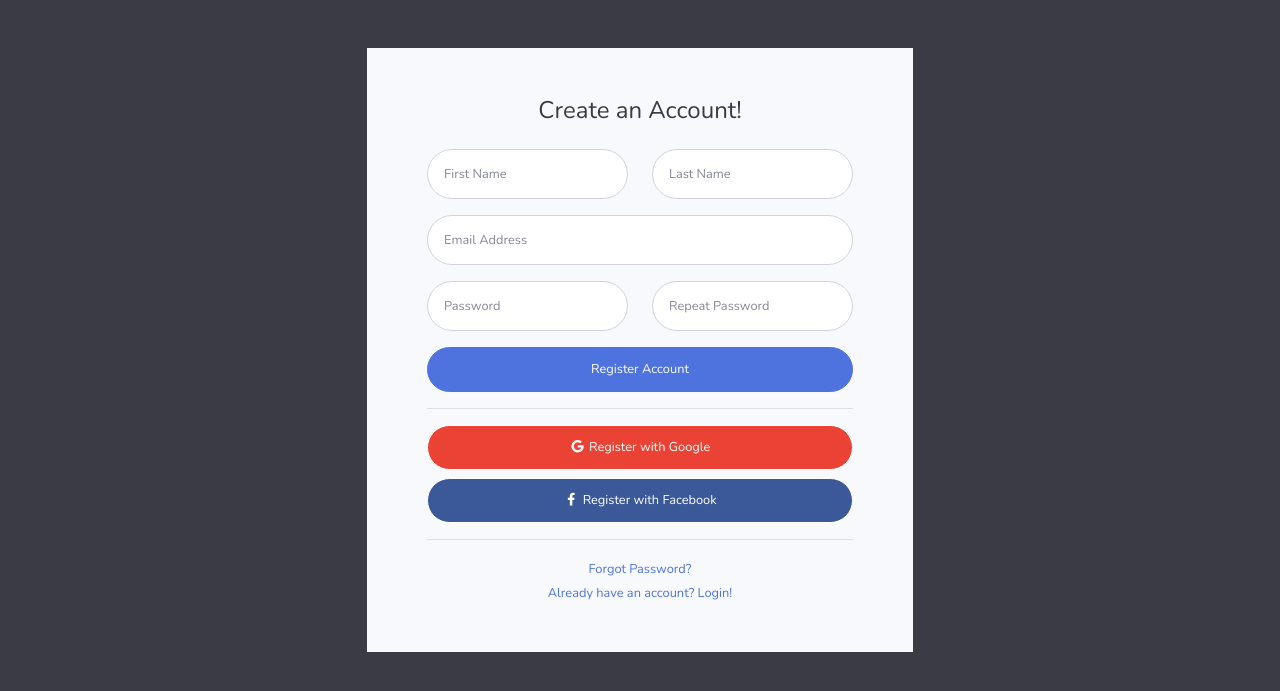
Repository: TuanLe8899/SpringBootProject
Page: http://localhost/register
These files come from the project's save history. The page is drawn as it stood at one moment and after the next save; the edit follows.
The browser window is 1280 px wide. The pictures show the whole page.
The page is this project's Thymeleaf template; nobody is signed in. Other server files are loaded and not shown. The template is opened directly, without the code that normally fills it, so the values that code supplies are empty.

Above is the page before, as saved 2022-08-24 15:03:57.

### complaint_management/src/main/resources/templates/register.html
<!DOCTYPE html>
<html lang="en" xmlns="http://www.w3.org/1999/xhtml" xmlns:th="http://www.thymeleaf.org"
    xmlns:sec="http://www.thymeleaf.org" xmlns:layout="http://www.ultraq.net.nz/thymeleaf/layout">

<head>

    <meta charset="utf-8">
    <meta http-equiv="X-UA-Compatible" content="IE=edge">
    <meta name="viewport" content="width=device-width, initial-scale=1, shrink-to-fit=no">
    <meta name="description" content="">
    <meta name="author" content="">

    <title>register</title>

    <!-- Custom fonts for this template-->
    <link th:href="@{/vendor/fontawesome-free/css/all.min.css}" rel="stylesheet" type="text/css">
    <link
        href="https://fonts.googleapis.com/css?family=Nunito:200,200i,300,300i,400,400i,600,600i,700,700i,800,800i,900,900i"
        rel="stylesheet">

    <!-- Custom styles for this template-->
    <link th:href="@{/css/sb-admin-2.min.css}" rel="stylesheet">

</head>

<body class="bg-gray-900">

    <div class="container">

        <div class="card o-hidden border-0 my-5 bg-gray-900">
            <div class="card-body p-0 d-flex justify-content-center">
                <!-- Nested Row within Card Body -->
                <div class="col-6 bg-gray-100">
                    <div class="p-5">
                        <div class="text-center">
                            <h1 class="h4 text-gray-900 mb-4">Create an Account!</h1>
                        </div>
                        <form class="user">
                            <div class="form-group row">
                                <div class="col-sm-6 mb-3 mb-sm-0">
                                    <input type="text" class="form-control form-control-user" id="exampleFirstName"
                                        placeholder="First Name">
                                </div>
                                <div class="col-sm-6">
                                    <input type="text" class="form-control form-control-user" id="exampleLastName"
                                        placeholder="Last Name">
                                </div>
                            </div>
                            <div class="form-group">
                                <input type="email" class="form-control form-control-user" id="exampleInputEmail"
                                    placeholder="Email Address">
                            </div>
                            <div class="form-group row">
                                <div class="col-sm-6 mb-3 mb-sm-0">
                                    <input type="password" class="form-control form-control-user"
                                        id="exampleInputPassword" placeholder="Password">
                                </div>
                                <div class="col-sm-6">
                                    <input type="password" class="form-control form-control-user"
                                        id="exampleRepeatPassword" placeholder="Repeat Password">
                                </div>
                            </div>
                            <a href="login.html" class="btn btn-primary btn-user btn-block">
                                Register Account
                            </a>
                            <hr>
                            <a href="index.html" class="btn btn-google btn-user btn-block">
                                <i class="fab fa-google fa-fw"></i> Register with Google
                            </a>
                            <a href="index.html" class="btn btn-facebook btn-user btn-block">
                                <i class="fab fa-facebook-f fa-fw"></i> Register with Facebook
                            </a>
                        </form>
                        <hr>
                        <div class="text-center">
                            <a class="small" href="forgot-password.html">Forgot Password?</a>
                        </div>
                        <div class="text-center">
                            <a class="small" href="login.html">Already have an account? Login!</a>
                        </div>
                    </div>
                </div>
            </div>
        </div>

    </div>

    <!-- Bootstrap core JavaScript-->
    <script th:src="@{/vendor/jquery/jquery.min.js}"></script>
    <script th:src="@{/vendor/bootstrap/js/bootstrap.bundle.min.js}"></script>

    <!-- Core plugin JavaScript-->
    <script th:src="@{/vendor/jquery-easing/jquery.easing.min.js}"></script>

    <!-- Custom scripts for all pages-->
    <script th:src="@{/js/sb-admin-2.min.js}"></script>

</body>

</html>

Loaded but not shown: complaint_management/src/main/resources/static/css/sb-admin-2.min.css (library); complaint_management/src/main/resources/static/js/sb-admin-2.min.js (common file)

After the next save:
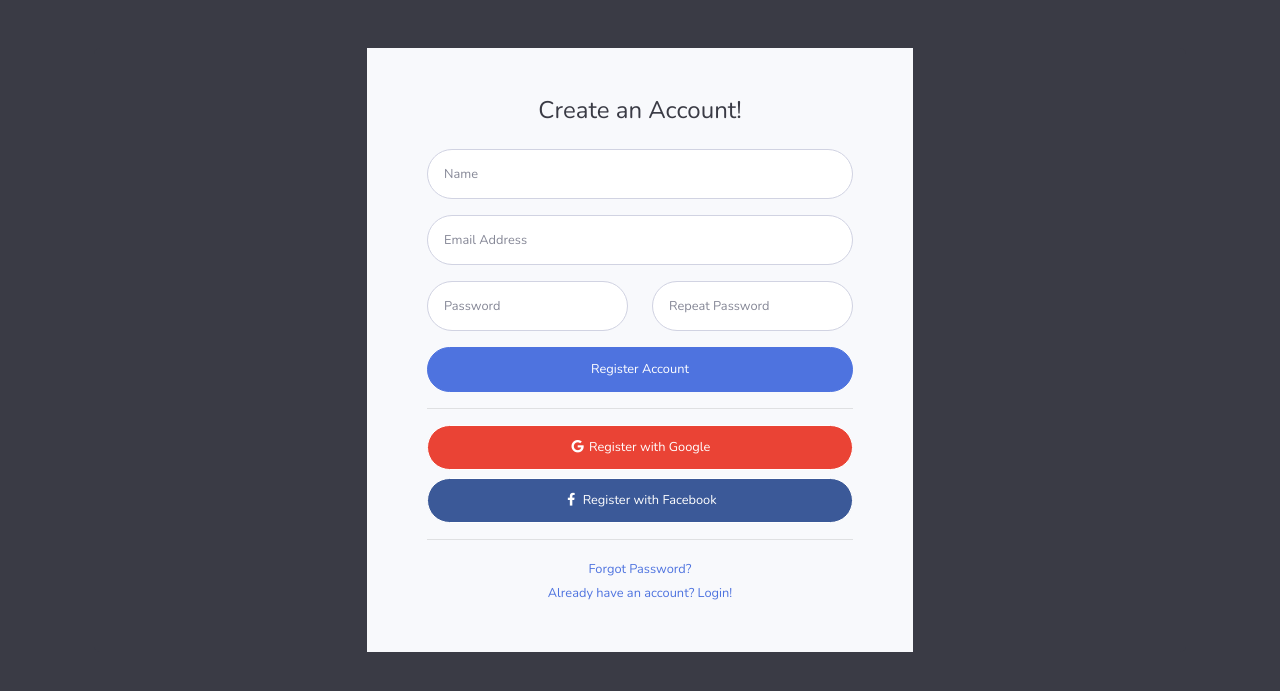
Saved 109 s later.
--- a/complaint_management/src/main/resources/templates/register.html
+++ b/complaint_management/src/main/resources/templates/register.html
@@ -36,15 +36,9 @@
                             <h1 class="h4 text-gray-900 mb-4">Create an Account!</h1>
                         </div>
                         <form class="user">
-                            <div class="form-group row">
-                                <div class="col-sm-6 mb-3 mb-sm-0">
-                                    <input type="text" class="form-control form-control-user" id="exampleFirstName"
-                                        placeholder="First Name">
-                                </div>
-                                <div class="col-sm-6">
-                                    <input type="text" class="form-control form-control-user" id="exampleLastName"
-                                        placeholder="Last Name">
-                                </div>
+                            <div class="form-group">
+                                <input type="text" class="form-control form-control-user" id="exampleName"
+                                	placeholder="Name">
                             </div>
                             <div class="form-group">
                                 <input type="email" class="form-control form-control-user" id="exampleInputEmail"
